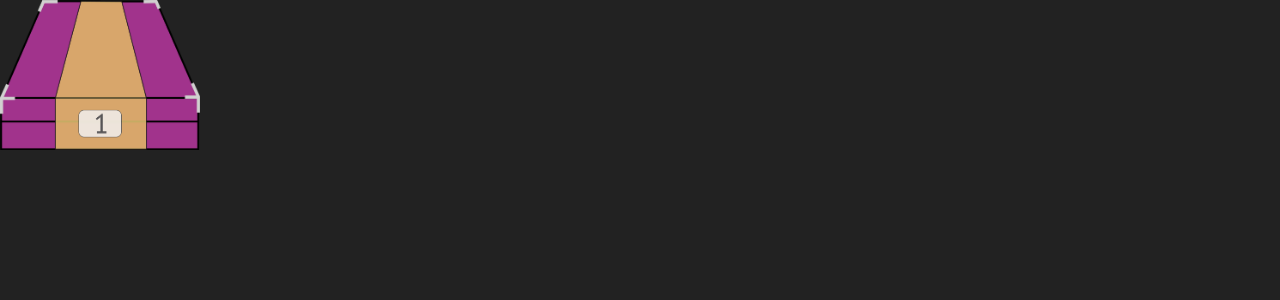
Repository: elnacp/Deal_or_no_deal
Page: DealOrNoDeal/index.html
An editor plug-in stored every save of this project. The page is shown before and after the next save, followed by the edit.
The browser window is 1280 px wide. The pictures show the whole page.
Some web libraries are served in a nearby version.

Above is the page before, as saved 2017-11-25 21:38:06.
Console error: TypeError: $(...).addEventListener is not a function

After the next save:
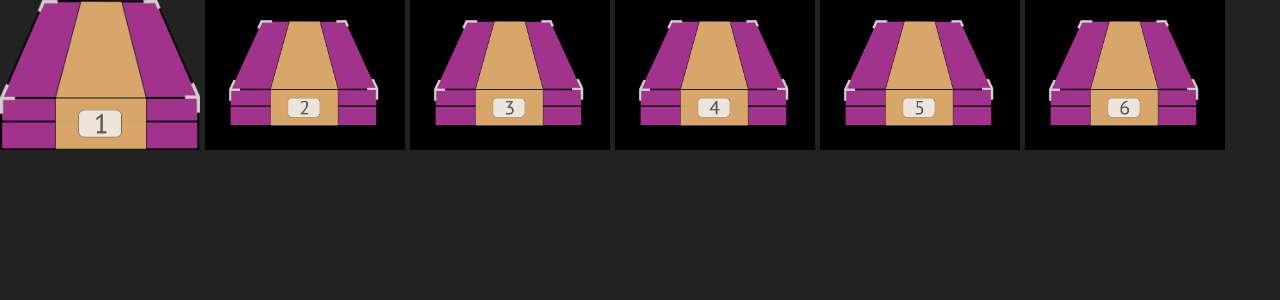
Saved 2 min 36 s later.
--- a/DealOrNoDeal/index.html
+++ b/DealOrNoDeal/index.html
@@ -17,9 +17,11 @@
 <body>
 	<div id="panell-esquerra" />
 		<input type="image"  id ="image" src="./img/1.png"  "/>
-
-
-
+		<input type="image"  id ="image" src="./img/2.png"  "/>
+		<input type="image"  id ="image" src="./img/3.png"  "/>
+		<input type="image"  id ="image" src="./img/4.png"  "/>
+		<input type="image"  id ="image" src="./img/5.png"  "/>
+		<input type="image"  id ="image" src="./img/6.png"  "/>
 	</div>
 
 </body>
